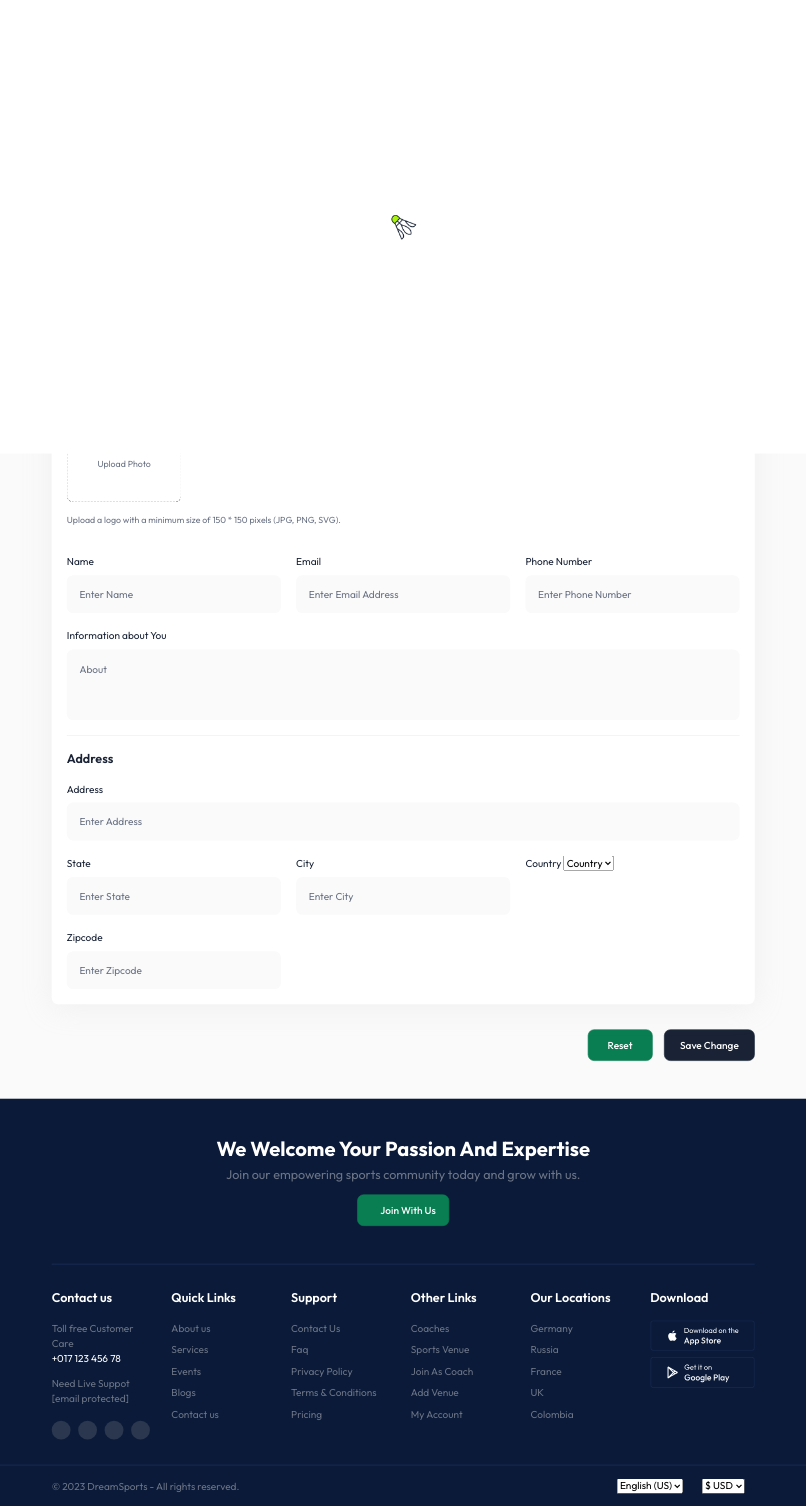
Repository: hedibousbih/front-test
Page: front2/dreamsports.dreamstechnologies.com/html/user-profile.html
These files come from the project's save history. The page is drawn as it stood at one moment and after the next save; the edit follows.
The browser window is 1280 px wide. The pictures show the whole page, at 63% of full size.
Pictures or frames that could not be fetched are drawn as grey boxes. Some icons come from a web library that is not loaded, so they are not drawn. Some web fonts or font styles are not loaded; a fallback is used.

Above is the page before, as saved 2024-04-22 18:45:55.

After the next save:
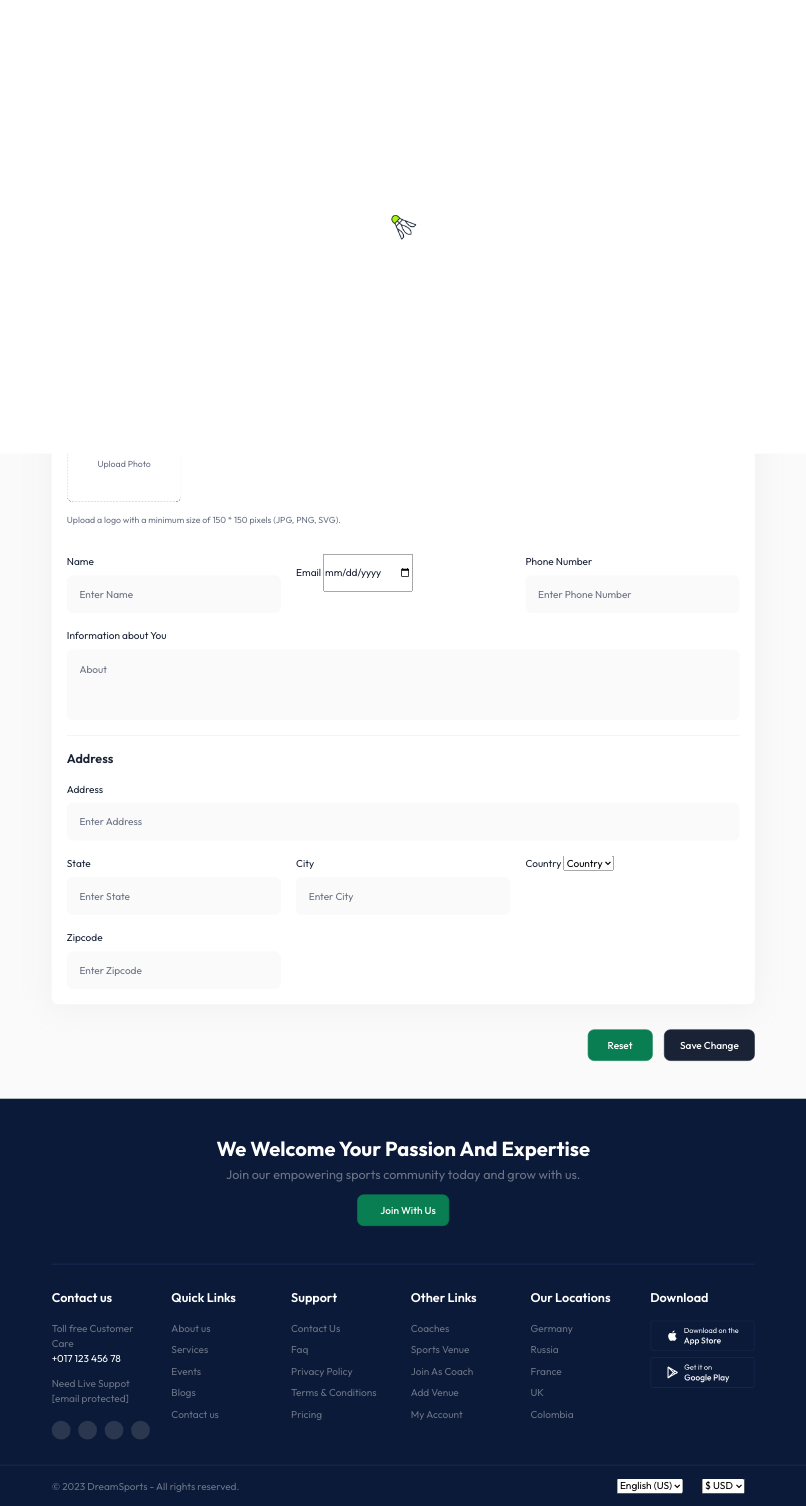
Saved 119 s later.
--- a/front2/dreamsports.dreamstechnologies.com/html/user-profile.html
+++ b/front2/dreamsports.dreamstechnologies.com/html/user-profile.html
@@ -402,7 +402,7 @@
 <div class="col-lg-4 col-md-6">
 <div class="input-space">
 <label class="form-label">Email</label>
-<input type="email" class="form-control" id="email" placeholder="Enter Email Address">
+<input type="date" class="date " id="email" placeholder="Enter Email Address">
 </div>
 </div>
 <div class="col-lg-4 col-md-6">
